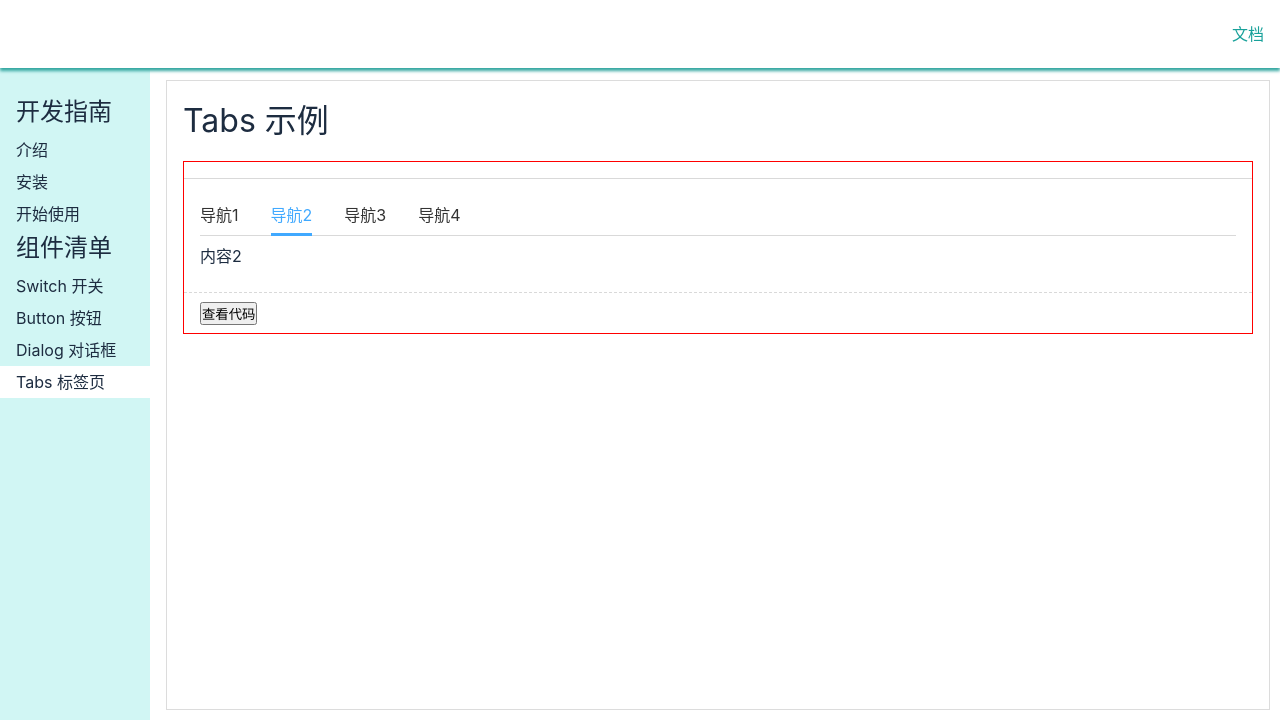
Repository: cnqinglin/vue3-vite-UI
Page: /#/doc/tabs
These files come from the project's save history. The page is drawn as it stood at one moment and after the next save; the edit follows.
The browser window is 1280 px wide. The pictures show the whole page.
The project was rebuilt for these pictures with package versions that can differ from the ones it lists, and the page was loaded fresh each time. Also part of the build but not shown: vite.config.ts, src/views/Home.vue, src/components/markdown.vue. Imported but missing from the stored project, and not drawn on this page: src/components/ButtonDemo.vue, src/components/DialogDemo.vue, src/components/SwitchDemo.vue.

Above is the page before, as saved 2022-04-20 07:56:00.

### index.html
<!DOCTYPE html>
<html lang="en">
<head>
  <meta charset="UTF-8">
  <link rel="icon" href="/favicon.ico" />
  <meta name="viewport" content="width=device-width, initial-scale=1.0">
  <title>Vite App</title>
  <script src="//at.alicdn.com/t/font_3335850_pz9r2az7n8.js"></script>
</head>
<body>
  <div id="app"></div>
  <script type="module" src="/src/main.ts"></script>
</body>
</html>

### src/main.ts
import "./lib/gulu.scss";
import "./index.scss";
import { createApp } from "vue";
import App from "./App.vue";
import { router } from "./router";
import "github-markdown-css";
import Markdown from './components/markdown.vue'

const app = createApp(App);
app.component('Markdown',Markdown)
app.use(router);
app.mount("#app");

### src/lib/gulu.scss
[class^="gulu-"], [class*=" gulu-"] {
  margin: 0;
  padding: 0;
  box-sizing: border-box;
  font-size: 16px;
  // 为什么这样写 font-family
  // 答案见 https://github.com/zenozeng/fonts.css/
  font-family: -apple-system, "Noto Sans", "Helvetica Neue", Helvetica,
    "Nimbus Sans L", Arial, "Liberation Sans", "PingFang SC", "Hiragino Sans GB",
    "Noto Sans CJK SC", "Source Han Sans SC", "Source Han Sans CN",
    "Microsoft YaHei", "Wenquanyi Micro Hei", "WenQuanYi Zen Hei", "ST Heiti",
    SimHei, "WenQuanYi Zen Hei Sharp", sans-serif;
}

### src/index.scss
* {
  margin: 0;
  padding: 0;
  box-sizing: border-box;
}
ul,
ol {
  list-style: none;
}
a {
  text-decoration: none;
  color: inherit;
  &:hover {
    text-decoration: underline;
    cursor: pointer;
  }
}
h1,
h2,
h3,
h4,
h5,
h6 {
  font-weight: normal;
}

body {
  line-height: 1.5;
  color: #1d2c40;
  font-size: 16px;
  // 为什么这样写 font-family
  // 答案见 https://github.com/zenozeng/fonts.css/
  font-family: -apple-system, "Noto Sans", "Helvetica Neue", Helvetica,
    "Nimbus Sans L", Arial, "Liberation Sans", "PingFang SC", "Hiragino Sans GB",
    "Noto Sans CJK SC", "Source Han Sans SC", "Source Han Sans CN",
    "Microsoft YaHei", "Wenquanyi Micro Hei", "WenQuanYi Zen Hei", "ST Heiti",
    SimHei, "WenQuanYi Zen Hei Sharp", sans-serif;
}

### src/App.vue
<template>
  <router-view />
</template>

<script lang="ts">
import { ref, provide } from "vue";
import { router } from "./router";

export default {
  name: "App",
  setup() {
    const width = document.documentElement.clientWidth;
    const menuVisible = ref(width <= 500 ? false : true);
    provide("menuVisible", menuVisible); // set
    router.afterEach(() => {
      if (width <= 500) {
        menuVisible.value = false;
      }
    });
  },
};
</script>

### src/router.ts
import { createWebHashHistory, createRouter } from "vue-router";
import Home from "./views/Home.vue";
import Doc from "./views/Doc.vue";
import SwitchDemo from "./components/SwitchDemo.vue";
import ButtonDemo from "./components/ButtonDemo.vue";
import DialogDemo from "./components/DialogDemo.vue";
import TabsDemo from "./components/TabsDemo.vue";
import DocDemo from "./components/DocDemo.vue";
import { h } from "vue";
import Markdown from './components/markdown.vue'

const history = createWebHashHistory();

const x = path => {
  return h(Markdown,{'path':`../markdown/${path}.md`,key:Math.random()})
}

export const router = createRouter({
  history: history,
  routes: [
    { path: "/", component: Home },
    {
      path: "/doc",
      component: Doc,
      children: [
        { path: "", redirect:'/doc/intro' },
        { path: "intro", component: x('intro')},
        { path: "install", component:x('install') },
        { path: "use", component: x('use')},
        { path: "switch", component: SwitchDemo },
        { path: "button", component: ButtonDemo },
        { path: "dialog", component: DialogDemo },
        { path: "tabs", component: TabsDemo },
      ],
    },
  ],
});
router.afterEach(() => {
  console.log("路由切换了");
});

### src/views/Doc.vue
<template>
  <div class="layout">
    <Topnav :toggleMenuButtonVisible="true" class="nav" />
    <div class="content">
      <aside v-if="menuVisible">
        <h2>开发指南</h2>
        <ol>
            <li>
            <router-link to="/doc/intro">介绍</router-link>
          </li>
          <li>
            <router-link to="/doc/install">安装</router-link>
          </li>
          <li>
            <router-link to="/doc/use">开始使用</router-link>
          </li>
        </ol>
        <h2>组件清单</h2>
        <ol>
          <li>
            <router-link to="/doc/switch">Switch 开关</router-link>
          </li>
          <li>
            <router-link to="/doc/button">Button 按钮</router-link>
          </li>
          <li>
            <router-link to="/doc/dialog">Dialog 对话框</router-link>
          </li>
          <li>
            <router-link to="/doc/tabs">Tabs 标签页</router-link>
          </li>
        </ol>
      </aside>
      <main class="main">
        <router-view />
      </main>
    </div>
  </div>
</template>
<script lang="ts">
import Topnav from "../components/Topnav.vue";
import { inject, Ref } from "vue";
export default {
  components: { Topnav },
  setup() {
    const menuVisible = inject<Ref<boolean>>("menuVisible"); // get
    return { menuVisible };
  },
};
</script>
<style lang="scss" scoped>
$z-index:10;
.layout {
  display: flex;
  flex-direction: column;
  height: 100vh;
  > .nav {
    flex-shrink: 0;
  }
  > .content {
    margin-top: 10px;
    flex-grow: 1;
    padding-top: 60px;
    padding-left: 156px;
    @media (max-width: 500px) {
      padding-left: 0;
    }
  }
}
.content {
  margin-top: 10px;
  padding-top: 20px;
  display: flex;
  > aside {
    flex-shrink: 0;
  }
  > main {
    flex-grow: 1;
    padding: 16px;
    background: rgb(255,255,255)
  }
}
aside {
  background: rgb(209, 246, 244);
  width: 150px;
  padding: 16px 0px;
  position: fixed;
  top: 0;
  left: 0;
  padding-top: 94px;
  height: 100%;
  z-index:$z-index;
  > h2 {
    margin-bottom: 4px;
    padding: 0 16px;
  }
  > ol {
    > li {
      > a {
        display:block;
        text-decoration: none;
        padding:4px 16px;
      }
      .router-link-active {
        background:white;
      }
    }
  }
}
main {
  overflow: auto;
  border: 1px solid gainsboro;
  padding-top: 20px;
  padding-left: 20px;
  margin: 10px 10px;
  background-color:#fff ;
}
</style>

### src/components/TabsDemo.vue
<template>
<h1>Tabs 示例</h1>
<Demo :component="Tabs1Demo" />
</template>

<script lang="ts">
import Demo from './Demo.vue'
import Tabs1Demo from './Tabs1.demo.vue'
export default {
  components: {
    Demo
  },
  setup() {
    return {
      Tabs1Demo
    }
  }
}
</script>

### src/components/Topnav.vue
<template>
  <div class="topnav">
    <router-link to="/" class="logo">
      <svg class="icon" aria-hidden="true">
        <use xlink:href="#icon-vue3-UI"></use>
    </svg>
    </router-link>
    <ul class="menu">
      <router-link to="/doc">文档</router-link>
    </ul>
    <svg v-if="toggleMenuButtonVisible" class="toggleAside" @click="toggleMenu">
      <use xlink:href="#icon-menu"></use>
    </svg>
  </div>
</template>
<script lang="ts">
import { inject, Ref } from "vue";
export default {
  props:{
    toggleMenuButtonVisible:{
      type:Boolean,
      default:false
    }
  },
  setup() {
    const menuVisible = inject<Ref<boolean>>("menuVisible"); // get
    const toggleMenu = () => {
      menuVisible.value = !menuVisible.value;
    };
    return { toggleMenu };
  },
};
</script>
<style lang="scss" scoped>
$text-color:#18a19a;
    .icon {
       width: .5em; height: .5em;
       vertical-align: -0.15em;
       fill: currentColor;
       overflow: hidden;
    }

.topnav {
  // background: pink;
  color:$text-color;
  display: flex;
  padding: 16px;
  margin-bottom: 2px;
  position: fixed;
  z-index: 20;
  top: 0;
  left: 0;
  width: 100%;
  z-index: 20;
  justify-content: center;
  align-items: center;
  background: #fff;
  box-shadow: 0 3px 3px #34a7a1;
  > .logo {
    max-width: 6em;
    margin-right: auto;
    > svg {
      width :32px;
      height:32px;
    }
  }
  > .menu {
    display: flex;
    white-space: nowrap;
    flex-wrap: nowrap;
    > li {
      margin: 0 3em;
    }
  }
  > .toggleAside {
    width: 24px;
    height: 24px;
    background: fade-out(black, 0.9);
    position: absolute;
    left: 16px;
    top: 50%;
    transform: translateY(-50%);
    display: none;
  }
  @media (max-width: 500px) {
    > .menu {
      display: none;
    }
    > .logo {
      margin: 0 auto;
    }
    > .toggleAside {
      display: inline-block;
    }
  }
}
</style>

### src/components/demo.vue
<template>
    <div class="demo">
    <h2>{{component.__sourceCodeTitle}}</h2>
    <div class="demo-component">
      <component :is="component" />
    </div>
    <div class="demo-actions">
      <Button @click="visible = !visible">查看代码</Button>
    </div>
    <div class="demo-code" v-if="visible">
      <pre>{{component.__sourceCode}}</pre>
    </div>
  </div>
</template>
<script lang="ts">
import Button from '../lib/Button.vue'
import {ref} from 'vue'
export default{
    props:{
        component:Object,
    },
    setup(){
        const visible = ref(false);
        return {
            visible
        }
    }
}
</script>
<style lang="scss" scoped>
$border-color: #d9d9d9;
.demo {
  border: 1px solid $border-color;
  border-color: red;
  margin: 16px 0 32px;
  >h2 {
    font-size: 20px;
    padding: 8px 16px;
    border-bottom: 1px solid $border-color;
  }
  &-component {
    padding: 16px;
  }
  &-actions {
    padding: 8px 16px;
    border-top: 1px dashed $border-color;
  }
  &-code {
    padding: 8px 16px;
    border-top: 1px dashed $border-color;
    >pre {
      line-height: 1.1;
      font-family: Consolas, 'Courier New', Courier, monospace;
      margin: 0;
    }
  }
}
</style>

### src/components/Tabs1.demo.vue
<demo>
常规使用
</demo>
<template>
<Tabs v-model:selected="x">
  <Tab title="导航1">内容1</Tab>
  <Tab title="导航2">内容2</Tab>
  <Tab title="导航3">内容3</Tab>
  <Tab title="导航4">内容4</Tab>
</Tabs>
</template>

<script lang="ts">
import Tabs from '../lib/Tabs.vue'
import Tab from '../lib/Tab.vue'
import {
  ref
} from 'vue'
export default {
  components: {
    Tabs,
    Tab
  },
  setup() {
    const x = ref('导航2')
    return {
      x
    }
  }
}
</script>

### src/lib/tabs.vue
<template>
<div class="gulu-tabs">
  <div class="gulu-tabs-nav" ref="container">
    <div class="gulu-tabs-nav-item" v-for="(t,index) in titles" :ref="el => { if (t===selected) selectedItem = el }" @click="select(t)" :class="{selected: t=== selected}" :key="index">{{t}}</div>
    <div class="gulu-tabs-nav-indicator" ref="indicator"></div>
  </div>
  <div class="gulu-tabs-content">
    <component :is="current" :key="current.props.title" />
  </div>
</div>
</template>

<script lang="ts">
import Tab from './Tab.vue'
import {
  computed,
  ref,
  watchEffect,
  onMounted
} from 'vue'
export default {
  props: {
    selected: {
      type: String
    }
  },
  setup(props, context) {
    const selectedItem = ref < HTMLDivElement > (null)
    const indicator = ref < HTMLDivElement > (null)
    const container = ref < HTMLDivElement > (null)
    onMounted(() => {
      watchEffect(() => {
        const {
          width
        } = selectedItem.value.getBoundingClientRect()
        indicator.value.style.width = width + 'px'
        const {
          left: left1
        } = container.value.getBoundingClientRect()
        const {
          left: left2
        } = selectedItem.value.getBoundingClientRect()
        const left = left2 - left1
        indicator.value.style.left = left + 'px'
      })
    })
    const defaults = context.slots.default()
    defaults.forEach((tag) => {
      if (tag.type !== Tab) {
        throw new Error('Tabs 子标签必须是 Tab')
      }
    })
    const current = computed(() => {
      return defaults.find(tag => tag.props.title === props.selected)
    })
    const titles = defaults.map((tag) => {
      return tag.props.title
    })
    const select = (title: string) => {
      context.emit('update:selected', title)
    }
    return {
      current,
      defaults,
      titles,
      select,
      selectedItem,
      indicator,
      container
    }
  }
}
</script>

<style lang="scss">
$blue: #40a9ff;
$color: #333;
$border-color: #d9d9d9;
.gulu-tabs {
  &-nav {
    display: flex;
    color: $color;
    border-bottom: 1px solid $border-color;
    position: relative;
    &-item {
      padding: 8px 0;
      margin: 0 16px;
      cursor: pointer;
      &:first-child {
        margin-left: 0;
      }
      &.selected {
        color: $blue;
      }
    }
    &-indicator {
      position: absolute;
      height: 3px;
      background: $blue;
      left: 0;
      bottom: -1px;
      width: 100px;
      transition: all 250ms;
    }
  }
  &-content {
    padding: 8px 0;
  }
}
</style>

### src/lib/tab.vue
<template>
    <div>
        <slot />
    </div>
</template>

After the next save:
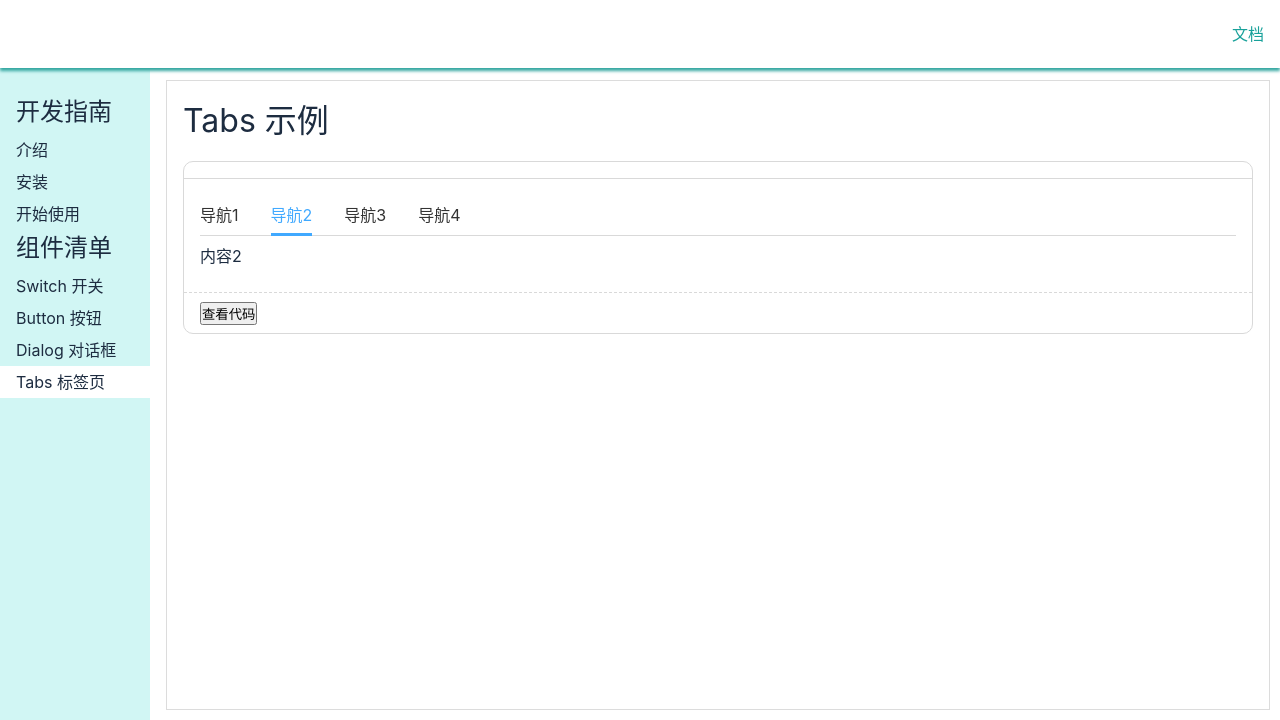
Saved 25 s later.
--- a/src/components/demo.vue
+++ b/src/components/demo.vue
@@ -31,7 +31,7 @@
 $border-color: #d9d9d9;
 .demo {
   border: 1px solid $border-color;
-  border-color: red;
+  border-radius: 10px;
   margin: 16px 0 32px;
   >h2 {
     font-size: 20px;
